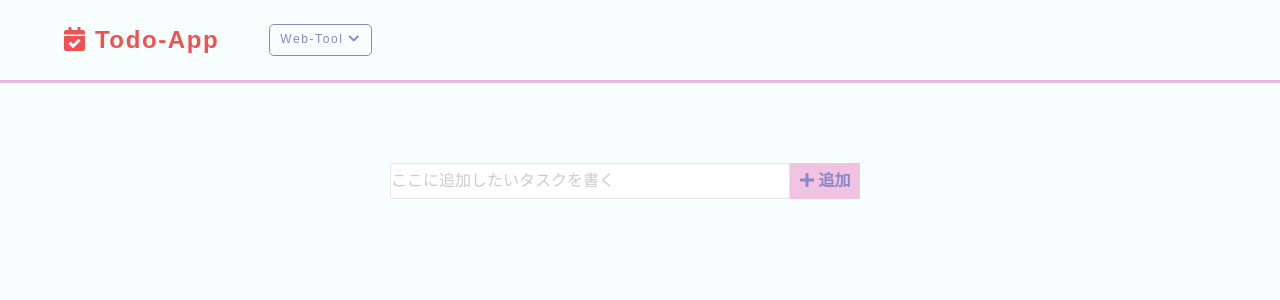
Repository: Hiroshii-m/todo_vue
Page: index.html
An editor plug-in stored every save of this project. The page is shown before and after the next save, followed by the edit.
The browser window is 1280 px wide. The pictures show the whole page.
The style sheet was rebuilt from its Sass, Less or Tailwind sources for each picture, by a compiler version that may differ from the author's.

Above is the page before, as saved 2021-06-26 18:19:24.

### index.html
<!DOCTYPE html>
<html lang="en">
<head>
    <meta charset="UTF-8">
    <meta http-equiv="X-UA-Compatible" content="IE=edge">
    <meta name="viewport" content="width=device-width, initial-scale=1.0">
    <link rel="stylesheet" href="node_modules/@fortawesome/fontawesome-free/css/all.css">
    <link rel="stylesheet" href="dist/css/style.css">
    <title>TODO APP Vue</title>
</head>
<body class="u-bgColor-base">

    <!-- header -->
    <header id="l-header" class="u-border-bottom">
        <div class="c-header">
            <h2 class="c-header__home">
                <i class="fas fa-calendar-check"></i>
                <a class="c-header__text" href="">Todo-App</a>
            </h2>
            <h3 class="c-header__other">
                Web-Tool
                <i class="fas fa-chevron-down"></i>
            </h3>
        </div>
    </header><!-- /header -->

    <!-- main -->
    <section id="l-main">
        <div class="c-main">
            <div id="l-addTask">
                <div class="c-addTask">
                    <input type="text" class="c-addTask__input" placeholder="ここに追加したいタスクを書く">
                    <button class="c-addTask__add">
                        <i class="fas fa-plus"></i>
                        追加
                    </button>
                </div>
            </div>
            <div id="l-search"></div>
            <div id="l-list"></div>
        </div>
    </section>
    <!-- /main -->

</body>
</html>

### src/scss/style.scss

// ======================================
// foundation
// ======================================
@use 'foundation/reset';
@use 'foundation/variables';
@use 'foundation/base';
// ======================================
// layout
// ======================================
#l-header {
    width: 100%;
}
#l-main {
    padding: 80px;
}
// ======================================
// object
// ======================================
// Component
// **************************************
.c-header {
    width: 90%;
    height: 80px;
    margin: 0 auto;
    display: flex;
    align-items: center;
    &__home {
        margin-right: 50px;
        font-weight: bold;
        color: var(--color_red);
        font-size: var(--font-size_xl);
    }
    &__other {
        font-size: var(--font-size_s);
        padding: var(--space_s) var(--space_m);
        border: 1px solid var(--font-color_default);
        border-radius: 5px;
        cursor: pointer;
    }
}
.c-main {
    width: var(--site-width_xxl);
    margin: 0 auto;
}
.c-addTask {
    display: flex;
    max-width: 500px;
    margin: 0 auto;
    &__input {
        width: 80%;
        border: 1px solid var(--border-color_default);
        border-radius: 2px;
    }
    &__add {
        background: var(--color_pink);
        padding: var(--space_s) var(--space_m);
        font-weight: bold;
    }
}
// Project
// **************************************
// Utility
// **************************************
.u-border {
    &-bottom {
        border-bottom: 3px solid var(--color_accent);
    }
}
.u-bgColor {
    &-base {
        background: var(--color_base);
    }
}

### src/scss/foundation/_variables.scss
:root {
    --font-color_default: #8c86c2;
    --color_base: #F7FFFE;
    --color_accent: #E3B6E5;
    --color_green: #C3E8C7;
    --color_sky: #C8E4F4;
    --color_red: #F05252;
    --color_blue: #25A1EF;
    --color_pink: #f0c3e2;
    --border-color_default: #E6E6E6;


    --site-width_xxl: 780px;
    --site-width_xl: 680px;
    --site-width_md: 580px;
    --site-width_ms: 414px;

    --font-size_s: 12px;
    --font-size_m: 14px;
    --font-size_default: 16px;
    --font-size_l: 18px;
    --font-size_xl: 24px;
    --font-size_xxl: 28px;
    --font-size_3l: 38px;


    --space_s: 5px;
    --space_m: 10px;
    --space_l: 15px;
    --space_xl: 20px;
    --space_xxl: 30px;
    --space_3l: 40px;

    --font-family_default: "メイリオ", sans-serif;
}

### src/scss/foundation/_base.scss
html, body {
    width: 100%;
    color: var(--font-color_default);
    line-height: 1.6;
    font-family: var(--font-family_default);
    letter-spacing: 0.1em;
}

p, a {
    -webkit-font-smoothing: antialiased;
}

img {
    width: 100%;
    height: 100%;
    vertical-align: bottom;
    object-fit: cover;
}

input {
    display: block;
    width: 100%;
    background: #fff;
}

textarea {
    resize: vertical;
    height: 30px;
}

::placeholder {
    color: #ccc;
}

iframe {
    width: 100%;
}

i {
    cursor: pointer;
}

Loaded but not shown: node_modules/@fortawesome/fontawesome-free/css/all.css (library); src/scss/foundation/_reset.scss (common file)

After the next save:
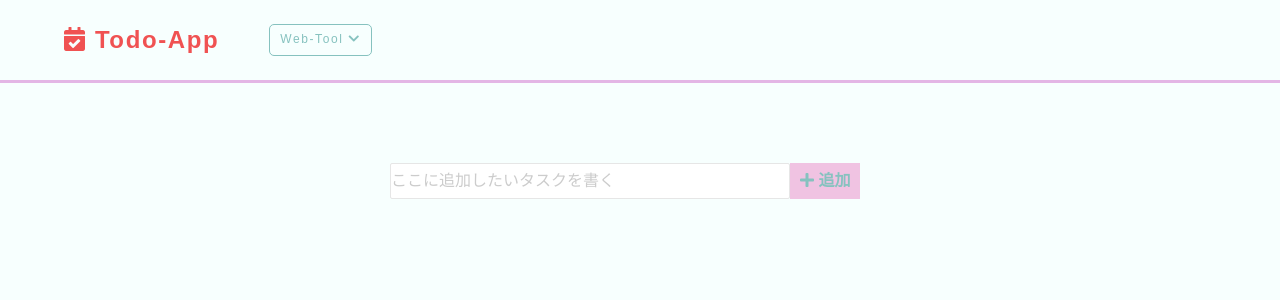
Saved 15 s later.
--- a/src/scss/foundation/_variables.scss
+++ b/src/scss/foundation/_variables.scss
@@ -1,5 +1,5 @@
 :root {
-    --font-color_default: #8c86c2;
+    --font-color_default: #86c2bf;
     --color_base: #F7FFFE;
     --color_accent: #E3B6E5;
     --color_green: #C3E8C7;
